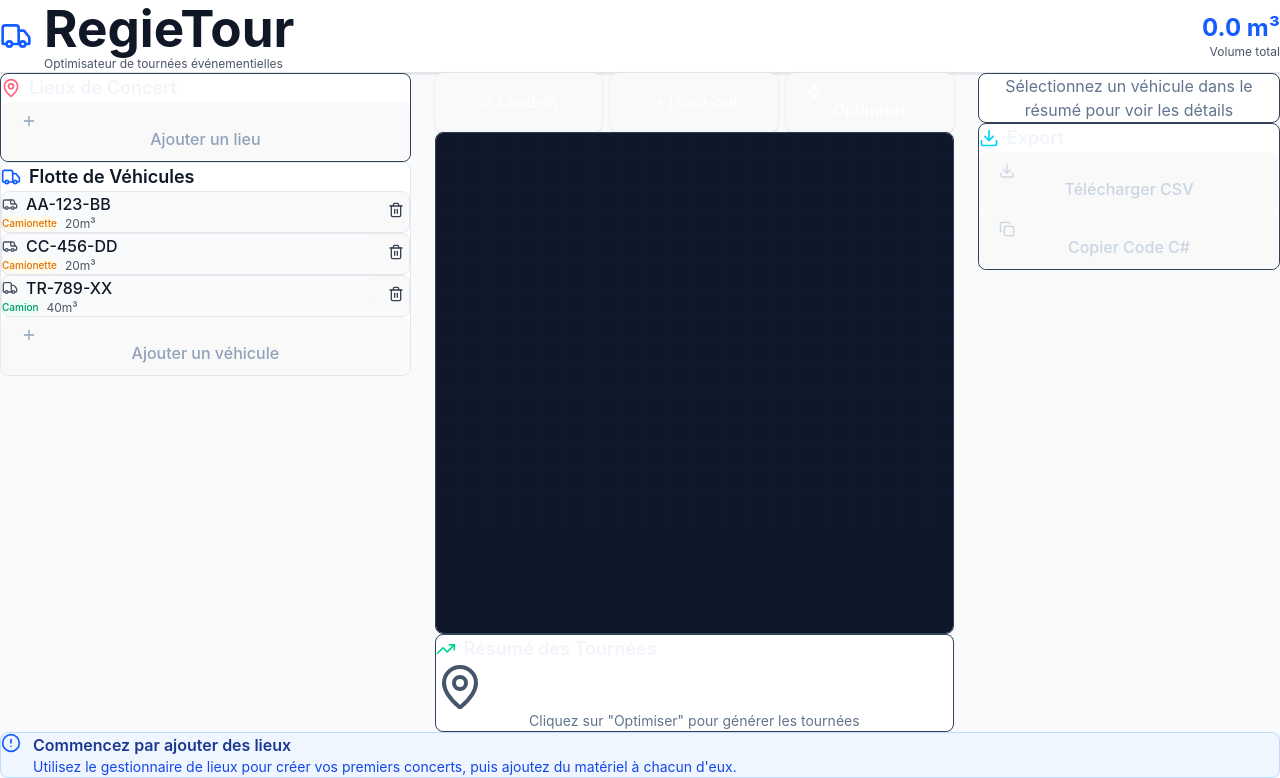
Repository: MaqlachMehdi/logipro
Page: /
The author's editor kept a copy of each file at every save. The page is drawn from the files as they stood at one save, then again after the next save.
The browser window is 1280 px wide. The pictures show the whole page.
The project was rebuilt for these pictures with package versions that can differ from the ones it lists, and the page was loaded fresh each time. Also part of the build but not shown: vite.config.ts, src/components/ui/input.tsx, src/components/ui/label.tsx, src/components/VolumeEstimator.tsx, src/components/GearManager.tsx, src/components/ExportDatabase.tsx.

Above is the page before, as saved 2026-02-08 20:01:12.

After the next save:
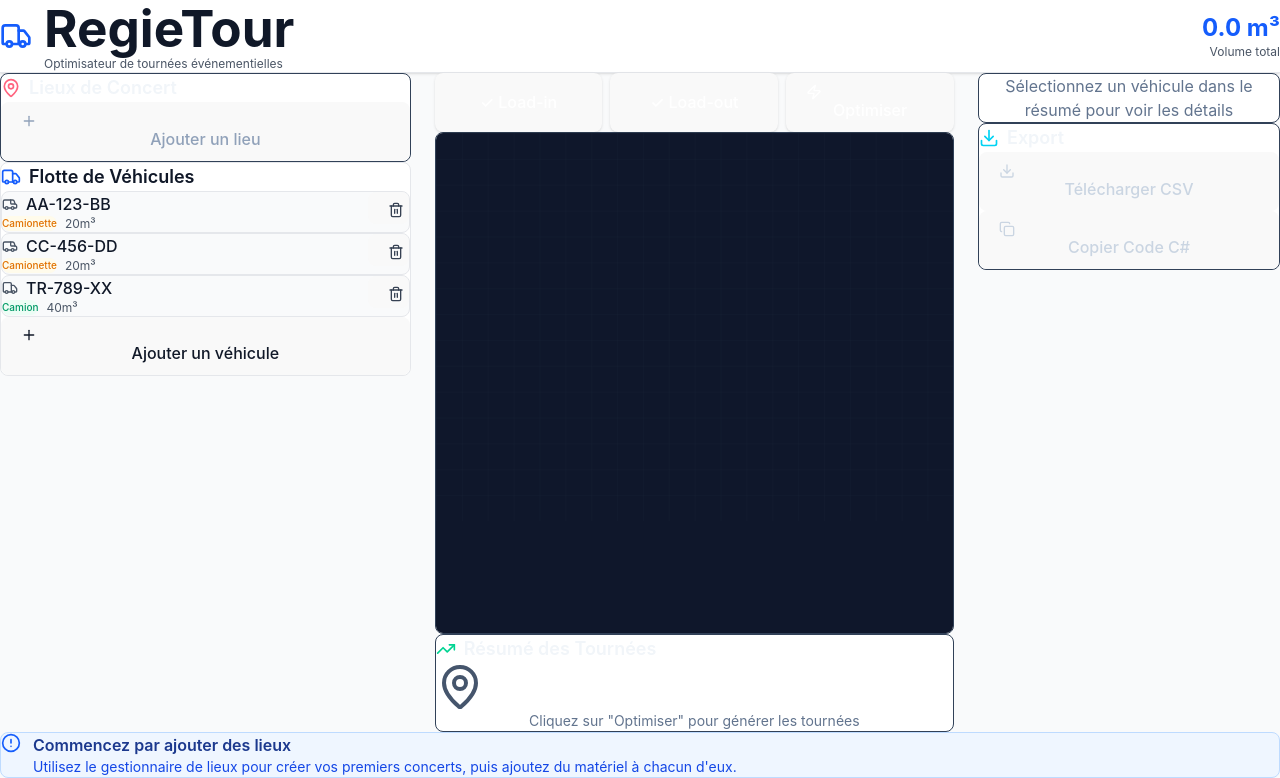
Saved 4 s later.
--- a/src/components/FleetManager.tsx
+++ b/src/components/FleetManager.tsx
@@ -188,7 +188,7 @@ export function FleetManager({ vehicles, onChange }: FleetManagerProps) {
           <Button
             variant="outline"
             size="sm"
-            className="w-full border-dashed border-slate-600 text-slate-400 hover:text-slate-200 hover:border-slate-500 hover:bg-slate-800"
+            className="w-full border-dashed border-gray-300 text-gray-600 hover:text-gray-900 hover:border-blue-400 hover:bg-blue-50"
             onClick={() => setIsAdding(true)}
           >
             <Plus className="w-4 h-4 mr-2" />
